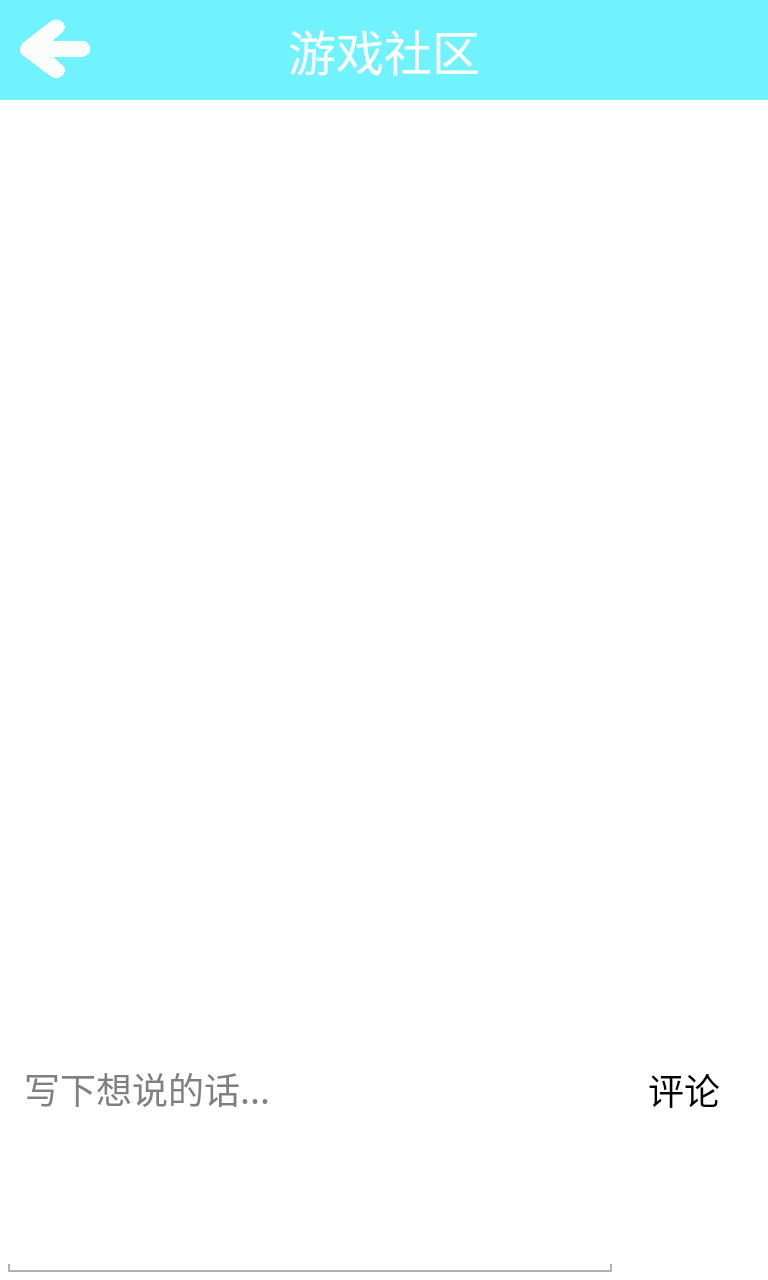
Repository: GuardLDW/HERO
Layout: GuardLDW/res/layout/house.xml
An editor plug-in stored every save of this project. The layout is shown before and after the next save, followed by the edit.
It is drawn on a 768 x 1280 px phone screen (xhdpi) without system bars, with theme AppTheme; the app's code is not run. Lists and similar views that code fills are empty.

Above is the layout before, as saved 2016-09-19 15:43:18.

### GuardLDW/res/layout/house.xml
<?xml version="1.0" encoding="utf-8"?>
<LinearLayout xmlns:android="http://schemas.android.com/apk/res/android"
    android:layout_width="match_parent"
    android:layout_height="match_parent"
    android:orientation="vertical">

            <RelativeLayout
            android:id = "@+id/layout_housetitle"
            android:layout_width="match_parent"
            android:layout_height="50dp"
            android:background="#70f3ff" >

            <Button
                 android:id = "@+id/button_housegameback"
                 android:layout_width="35dp"
                 android:layout_height="35dp"
                 android:layout_marginLeft="10dp"
                 android:layout_marginTop="7dp"
                 android:background="@drawable/back" />


            <TextView
                android:layout_width="wrap_content"
                android:layout_height="wrap_content"
                android:layout_centerInParent="true"
                android:text="游戏社区"
                android:textSize="24sp"
                android:textColor="#FFFFFF">
            </TextView>

        </RelativeLayout>




          <ListView
              android:id="@+id/listview_comment"
              android:layout_width="match_parent"
              android:layout_height="400dp" >
              android:layout_weight="1"
           </ListView>

          <LinearLayout
              android:layout_height="match_parent"
              android:layout_width="match_parent"
              android:layout_below="@id/listview_comment"
              android:orientation="horizontal"
              >
              <EditText
              android:id = "@+id/edittext_comment"
              android:layout_width="0dp"
              android:layout_weight="1"
              android:layout_height="match_parent"
              android:hint="写下想说的话..."/>

              <Button
                  android:id = "@+id/button_comment"
                  android:layout_width="wrap_content"
                  android:layout_height="match_parent"
                  android:text="评论"
                  android:layout_marginRight="10dp"
                  android:background="#FFFFFF">

              </Button>
          </LinearLayout>






</LinearLayout>

Loaded but not shown: GuardLDW/res/values/styles.xml (common file); GuardLDW/res/values-v11/styles.xml (common file); GuardLDW/res/values-v14/styles.xml (common file)

After the next save:
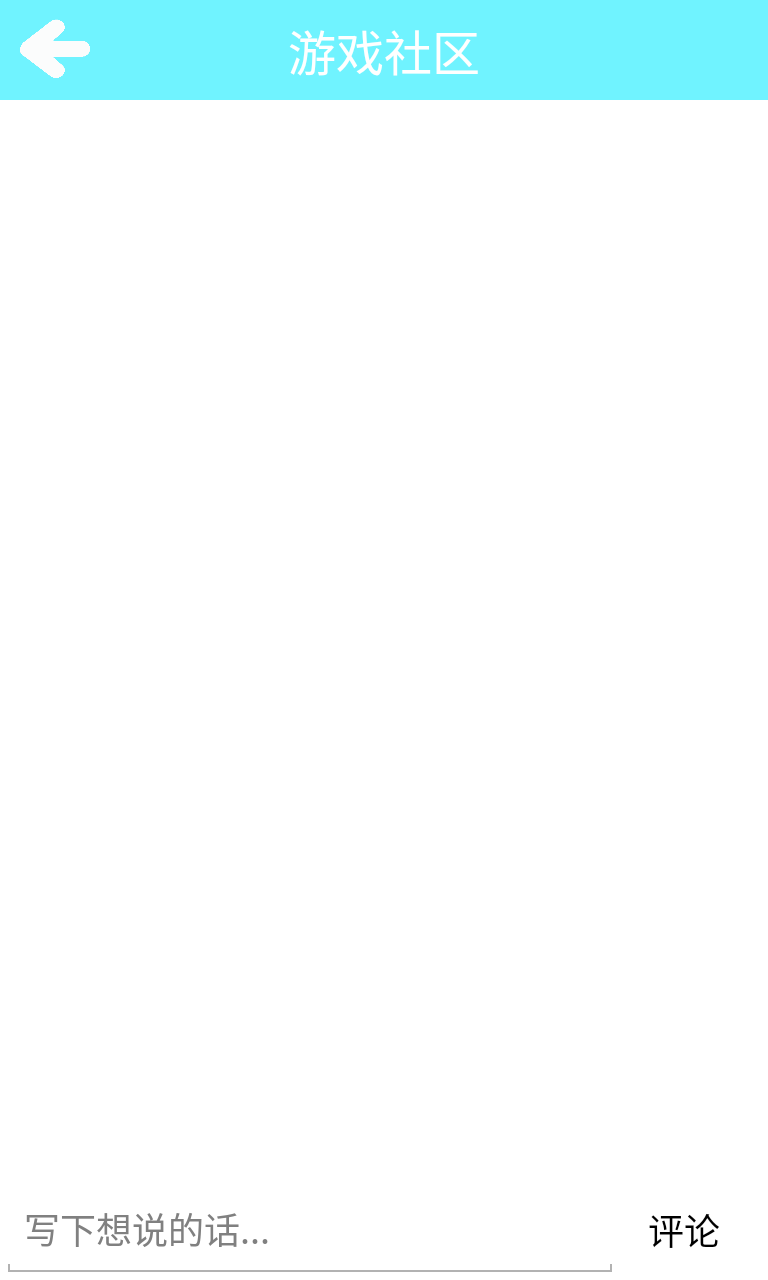
Saved 37 s later.
--- a/GuardLDW/res/layout/house.xml
+++ b/GuardLDW/res/layout/house.xml
@@ -4,7 +4,7 @@
     android:layout_height="match_parent"
     android:orientation="vertical">
 
-            <RelativeLayout
+       <RelativeLayout
             android:id = "@+id/layout_housetitle"
             android:layout_width="match_parent"
             android:layout_height="50dp"
@@ -36,14 +36,13 @@
           <ListView
               android:id="@+id/listview_comment"
               android:layout_width="match_parent"
-              android:layout_height="400dp" >
-              android:layout_weight="1"
+              android:layout_height="400dp"
+              android:layout_weight="1">
            </ListView>
 
           <LinearLayout
-              android:layout_height="match_parent"
+              android:layout_height="50dp"
               android:layout_width="match_parent"
-              android:layout_below="@id/listview_comment"
               android:orientation="horizontal"
               >
               <EditText
